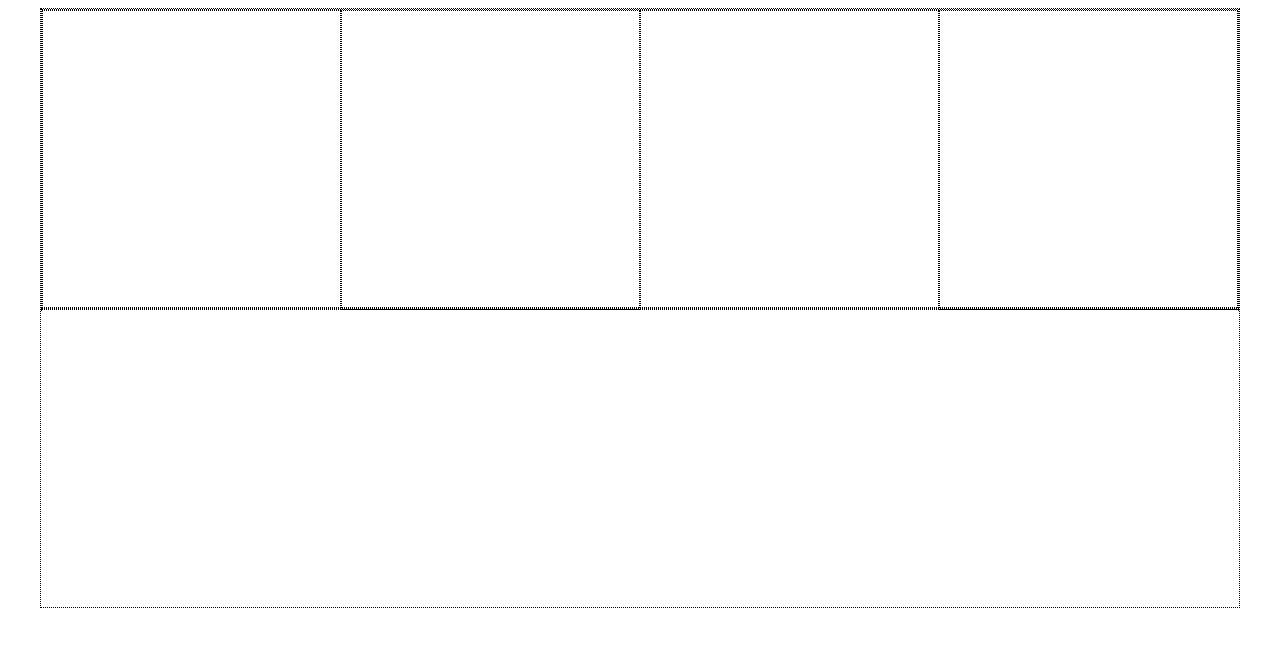
Repository: y2kim/workspace4
Page: MyBatisFramwork_07_12/WebContent/index.html
These files come from the project's save history. The page is drawn as it stood at one moment and after the next save; the edit follows.
The browser window is 1280 px wide. The pictures show the whole page.

Above is the page before, as saved 2018-07-12 01:10:37.

After the next save:
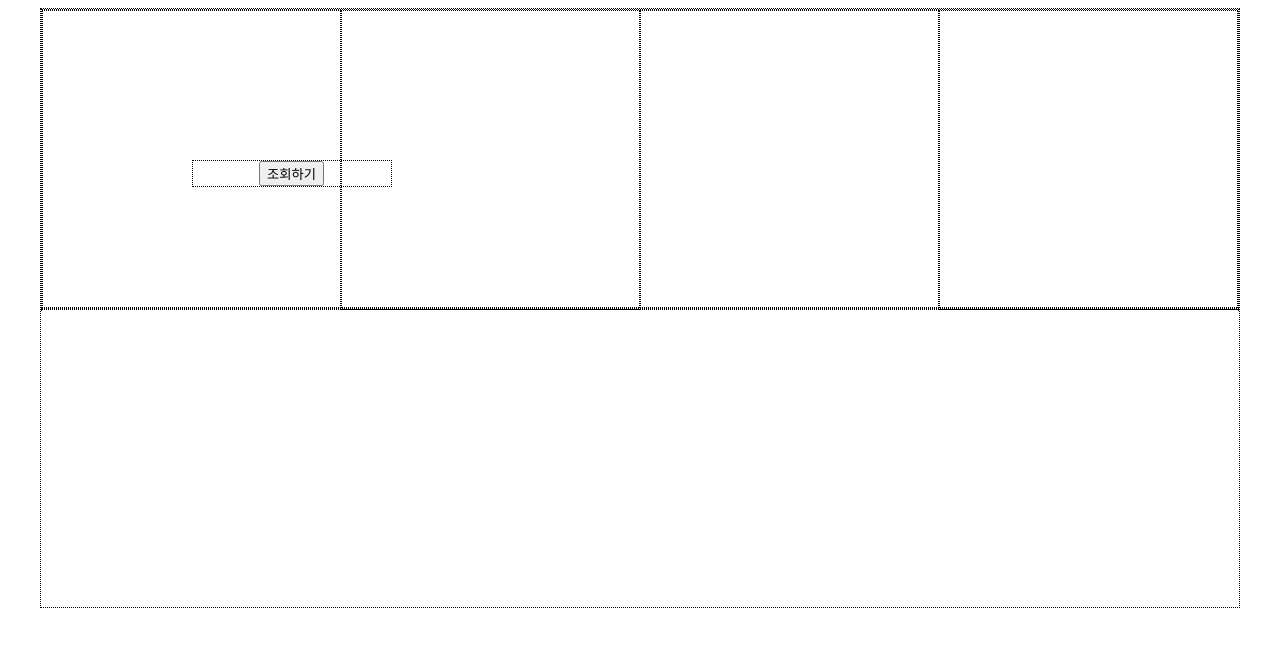
Saved 8 min 49 s later.
--- a/MyBatisFramwork_07_12/WebContent/index.html
+++ b/MyBatisFramwork_07_12/WebContent/index.html
@@ -27,6 +27,12 @@
 			width: 25%;
 			height: 300px;
 		}
+		.exam div{
+			text-align: center;
+			width:200px;
+			margin-left: 50%;
+			margin-top: 50%;
+		}
 
 	</style>
 
@@ -35,7 +41,11 @@
 <body>
 	<div id="wrapper">
 		<div id="line1">
-			<div id="exam01" class="exam"></div>
+			<div id="exam01" class="exam">
+				<div>
+					<button>조회하기</button>
+				</div>
+			</div>
 			<div id="exam02" class="exam"></div>
 			<div id="exam03" class="exam"></div>
 			<div id="exam04" class="exam"></div>
